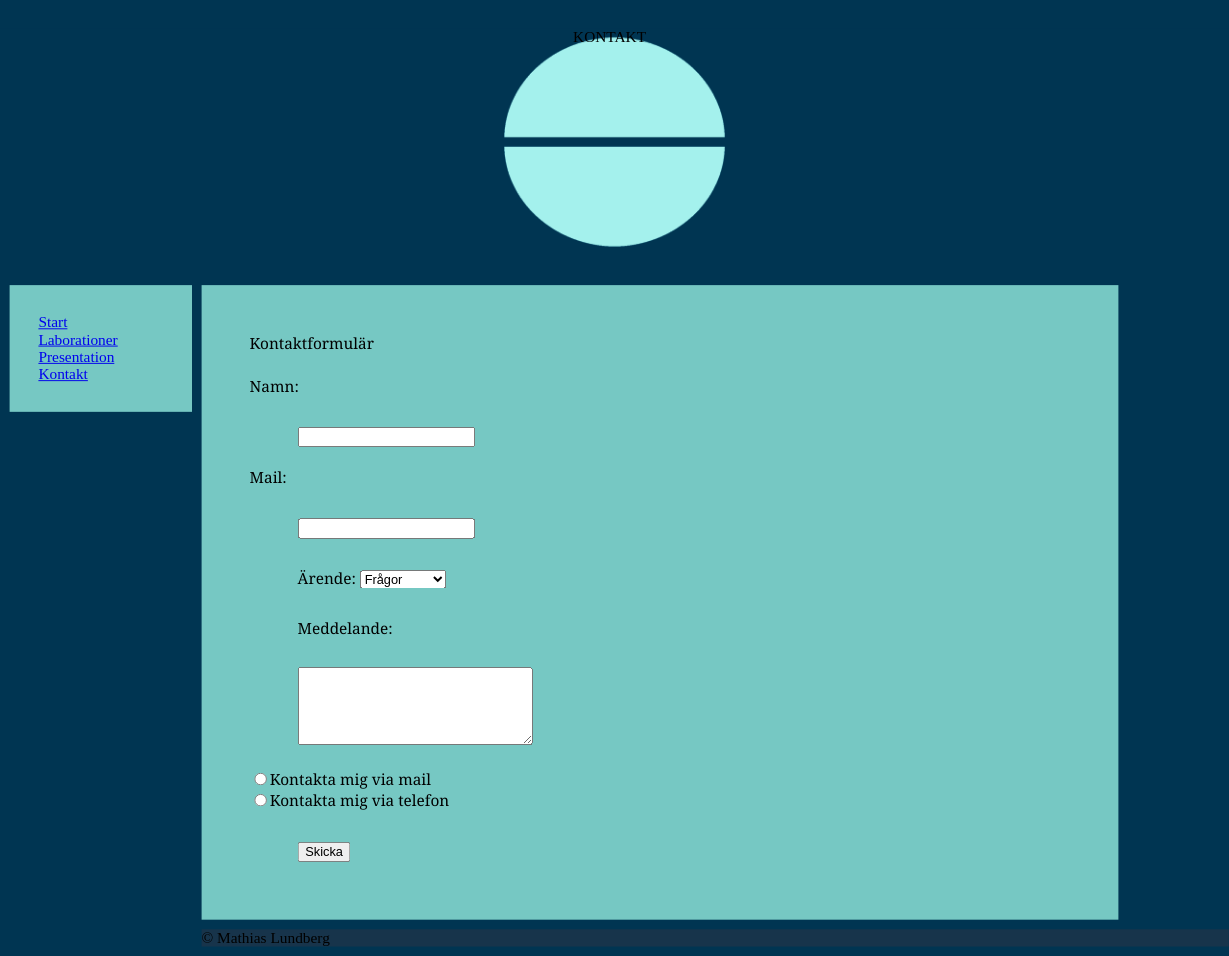
Repository: ml223nw/1ik415-laborationer
Page: pages/kontakt.html
The author's editor kept a record of every edit. The page is drawn from the files as they stood at one moment, then again after the next edit.
The browser window is 1280 px wide. The pictures show the whole page, at 96% of full size.

Above is the page before.

After the next edit:
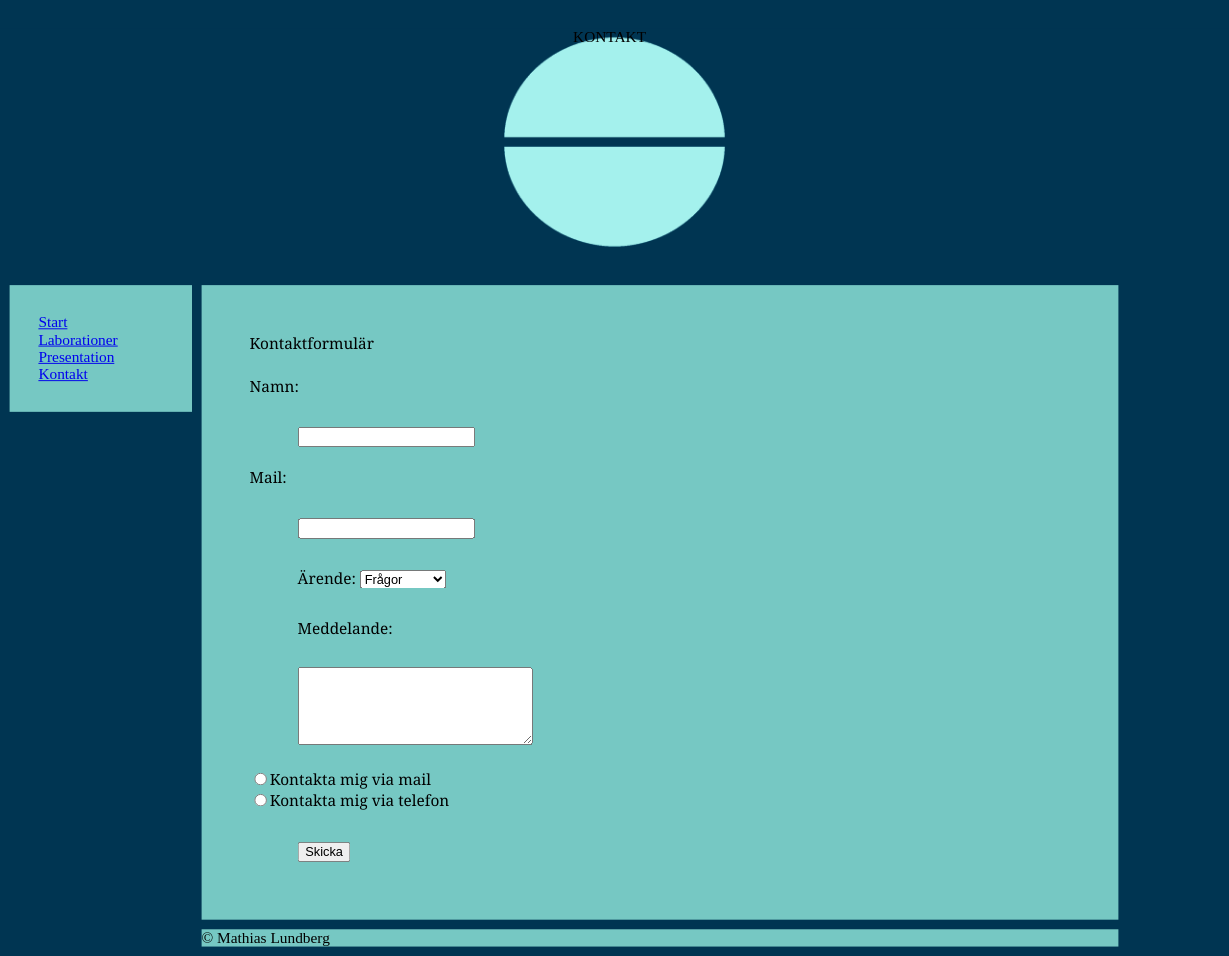
The edit:
--- a/css/style.css
+++ b/css/style.css
@@ -90,7 +90,8 @@
 	margin-left:210px;
 	margin-top:10px;
 	margin-bottom:10px;
-    background-color:#17344B;
+    background-color:#76c8c3;
+    width:955px;
     font-family:"Times New Roman", serif;
     font-size:2;
     clear:both;
